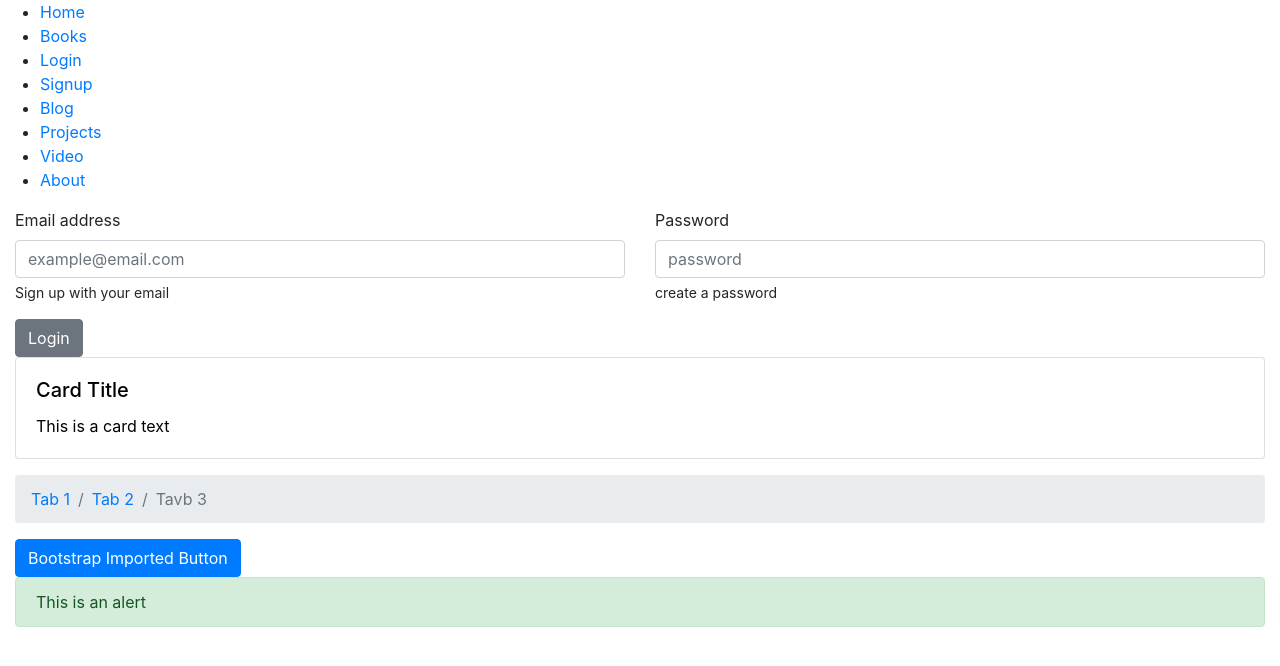
Repository: ebo-arcadia/enjoyou
Page: /signup
These files come from the project's save history. The page is drawn as it stood at one moment and after the next save; the edit follows.
The browser window is 1280 px wide. The pictures show the whole page.
The project was rebuilt for these pictures with package versions that can differ from the ones it lists, and the page was loaded fresh each time. Also part of the build but not shown: src/components/Home.js, src/components/BooksList.js, src/containers/Login.js, src/containers/blog.js, src/containers/Projects.js, src/containers/video.js, src/components/About.js.

Above is the page before, as saved 2021-04-20 10:29:13.

### src/containers/App.js
import React from "react";
import 'bootstrap/dist/css/bootstrap.min.css';
import { BrowserRouter as Router, Switch, Route, Link } from "react-router-dom";
import Home from '../components/Home';
import BooksList from '../components/BooksList';
import Login from '../containers/Login';
import Signup from '../containers/Signup';
import Blog from '../containers/Blog';
import Projects from '../containers/Projects';
import Video from '../containers/Video';
import About from '../components/About'

export default function App() {
  return (
    <React.Fragment>
      <Router>
        <div>
          <nav>
            <ul>
              <li> <Link to="/">Home</Link> </li>
              <li> <Link to="/books">Books</Link> </li>
              <li> <Link to="/login">Login</Link> </li>
              <li> <Link to="/signup">Signup</Link> </li>
              <li> <Link to="/blog">Blog</Link> </li>
              <li> <Link to="/projects">Projects</Link> </li>
              <li> <Link to="/video">Video</Link> </li>
              <li> <Link to="/about">About</Link> </li>
            </ul>
          </nav>

          {/* A <Switch> looks through its children <Route>s and
              renders the first one that matches the current URL. */}
          <Switch>
            <Route path="/home"><Home /></Route>
            <Route path="/books"><BooksList /></Route>
            <Route path="/login"><Login /></Route>
            <Route path="/signup"><Signup /></Route>
            <Route path="/blog"><Blog /></Route>
            <Route path="/projects"><Projects /></Route>
            <Route path="/video"><Video /></Route>
            <Route path="/about"><About /></Route>
            <Route exact path="/"><Home /></Route>
          </Switch>
        </div>
      </Router>
    </React.Fragment>
  );
}

// function Home()        { return <h2>Home</h2> }
// function About()       { return <h2>About</h2> }
// function Users()       { return <h2>Users</h2> }
// function Books()       { return <h2>Books</h2> }
// function Bestseller()  { return <h2>Best Seller</h2> }
// function Notes()       { return <h2>Notes</h2> }

### src/containers/signup.js
import React from 'react';
import { Container, Row, Col, Button, Alert, Breadcrumb, Card, Form } from 'react-bootstrap';

const Signup = () => {
    return (
        <div>
            <header className="App-header">
                <Container fluid>
                    <Form>
                        <Row>
                            <Col md>
                                <Form.Group controlId="forEmail">
                                    <Form.Label>Email address</Form.Label>
                                    <Form.Control type="email" placeholder="example@email.com" />
                                    <Form.Text>
                                        Sign up with your email
                                    </Form.Text>
                                </Form.Group>
                            </Col>

                            <Col md>
                                <Form.Group controlId="forPassword">
                                    <Form.Label>Password</Form.Label>
                                    <Form.Control type="email" placeholder="password" />
                                    <Form.Text>
                                        create a password
                                    </Form.Text>
                                </Form.Group>
                            </Col>
                        </Row>
                        <Button variant="secondary" type="submit">Login</Button>
                    </Form>

                    <Card className="mb-3" style={{ color: "#000"}}>
                        <Card.Img />
                        <Card.Body>
                            <Card.Title>Card Title</Card.Title>
                            <Card.Text>This is a card text</Card.Text>
                        </Card.Body>
                    </Card>

                    <Breadcrumb>
                        <Breadcrumb.Item>Tab 1</Breadcrumb.Item>
                        <Breadcrumb.Item>Tab 2</Breadcrumb.Item>
                        <Breadcrumb.Item active>Tavb 3</Breadcrumb.Item>
                    </Breadcrumb>

                    <Button variant="primary">Bootstrap Imported Button</Button>
                    <Alert variant="success">This is an alert</Alert>

                </Container>
        </header>
        </div>
    );
}

export default Signup;

Loaded but not shown: public/index.html (common file); src/index.js (common file); src/index.css (common file); src/reportWebVitals.js (common file)

After the next save:
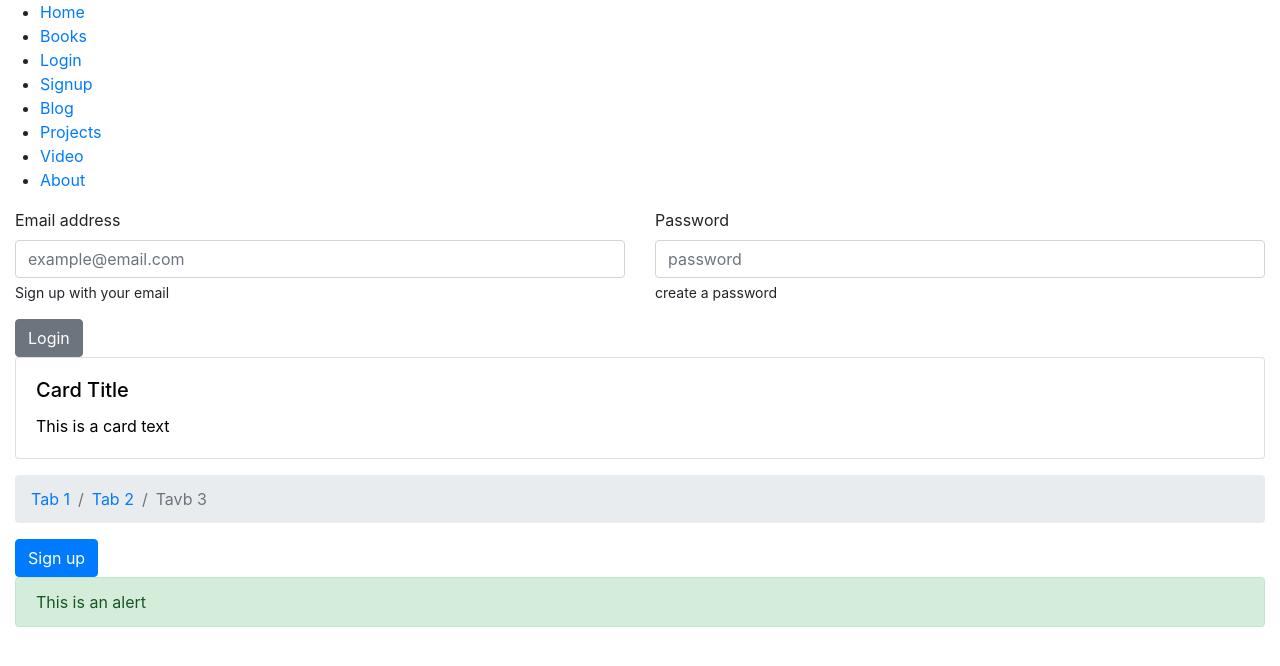
Saved 12 s later.
--- a/src/containers/signup.js
+++ b/src/containers/signup.js
@@ -45,7 +45,7 @@ const Signup = () => {
                         <Breadcrumb.Item active>Tavb 3</Breadcrumb.Item>
                     </Breadcrumb>
 
-                    <Button variant="primary">Bootstrap Imported Button</Button>
+                    <Button variant="primary">Sign up</Button>
                     <Alert variant="success">This is an alert</Alert>
 
                 </Container>
